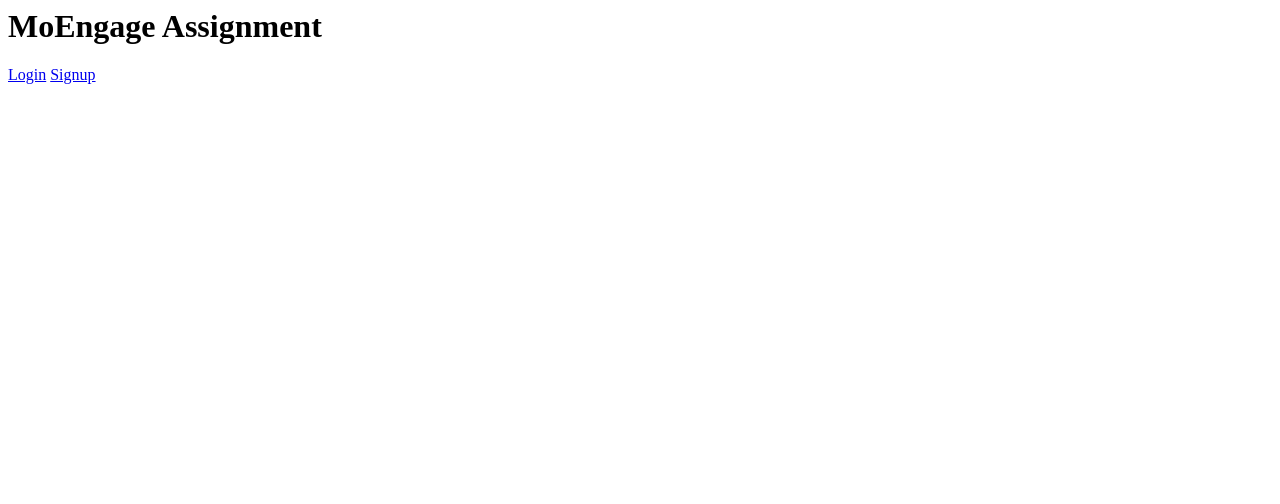
Repository: ramk06/Moengage-assesment
Page: http://localhost/my-assignment/
The author's editor kept a copy of each file at every save. The page is drawn from the files as they stood at one save, then again after the next save.
The browser window is 1280 px wide. The pictures show the whole page.
The page is served by Tomcat 9.

Above is the page before, as saved 2024-11-21 04:31:20.

After the next save:
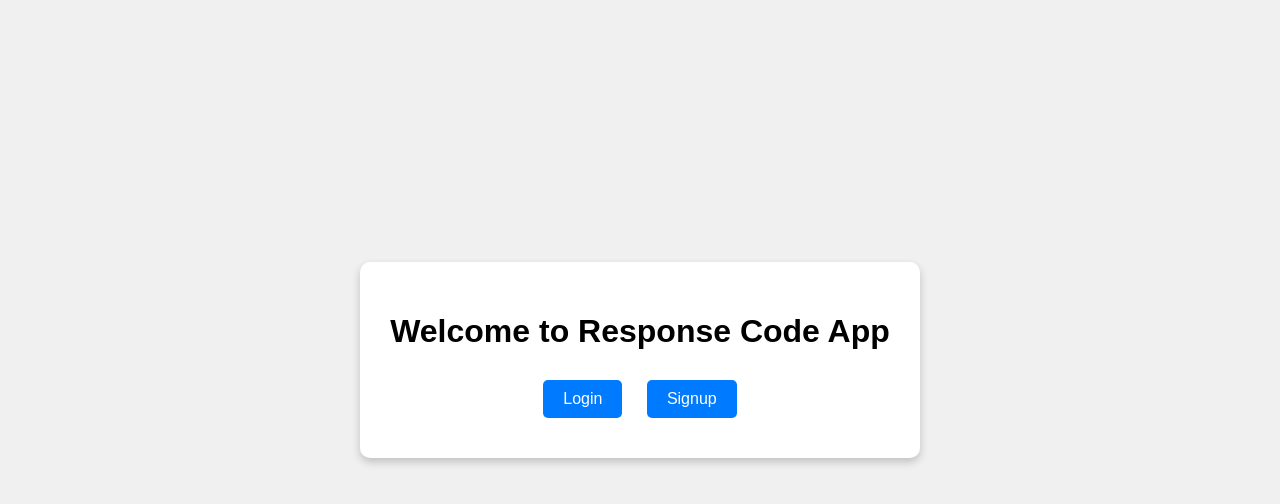
Saved 106 s later.
--- a/my-assignment/src/main/webapp/index.jsp
+++ b/my-assignment/src/main/webapp/index.jsp
@@ -1,14 +1,51 @@
-<html>
+<!DOCTYPE html>
+<html lang="en">
 <head>
-<meta charset="UTF-8">
-<meta name="viewport" content="width=device-width, initial-scale=1.0">
-<title>Welcome</title>
+    <meta charset="UTF-8">
+    <meta name="viewport" content="width=device-width, initial-scale=1.0">
+    <title>Welcome</title>
+    <style>
+        body {
+            font-family: Arial, sans-serif;
+            display: flex;
+            justify-content: center;
+            align-items: center;
+            height: 100vh;
+            margin: 0;
+            background-color: #f0f0f0;
+        }
+        .container {
+            text-align: center;
+            background: white;
+            padding: 30px;
+            border-radius: 10px;
+            box-shadow: 0 4px 8px rgba(0, 0, 0, 0.2);
+        }
+        .container h1 {
+            margin-bottom: 20px;
+        }
+        .button {
+            display: inline-block;
+            margin: 10px;
+            padding: 10px 20px;
+            font-size: 16px;
+            text-decoration: none;
+            color: white;
+            background-color: #007bff;
+            border: none;
+            border-radius: 5px;
+            cursor: pointer;
+        }
+        .button:hover {
+            background-color: #0056b3;
+        }
+    </style>
 </head>
 <body>
-	<div class="container">
-		<h1>MoEngage Assignment</h1>
-		<a href="login.jsp" class="button">Login</a> <a href="signup.jsp"
-			class="button">Signup</a>
-	</div>
+    <div class="container">
+        <h1>Welcome to Response Code App</h1>
+        <a href="login.jsp" class="button">Login</a>
+        <a href="signup.jsp" class="button">Signup</a>
+    </div>
 </body>
 </html>
